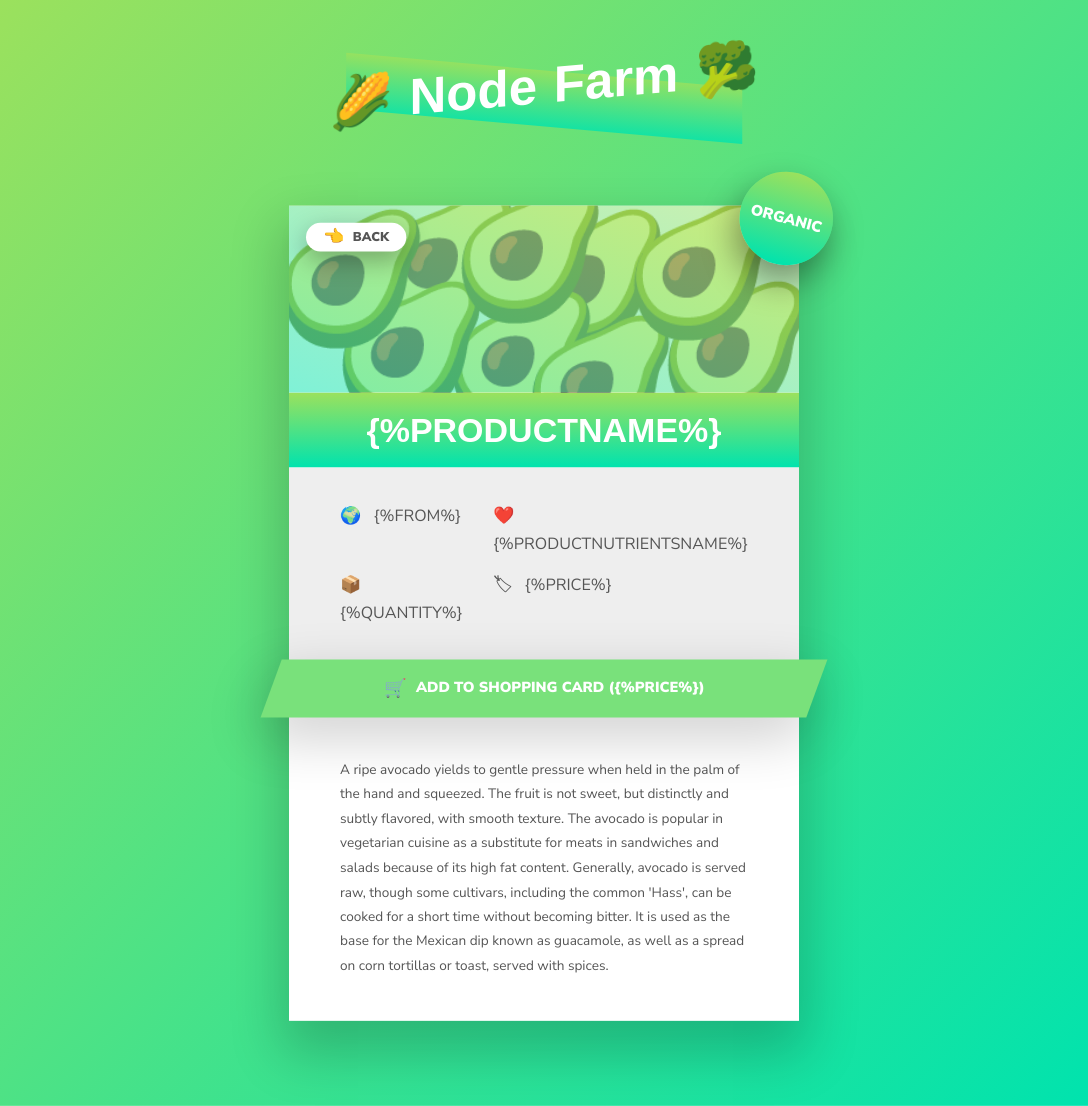
Repository: Tiantian-C/node2
Page: templates/product.html
The author's editor kept a copy of each file at every save. The page is drawn from the files as they stood at one save, then again after a run of saves.
The browser window is 1280 px wide. The pictures show the whole page, at 85% of full size.
Some web fonts or font styles are not loaded; a fallback is used.

Above is the page before, as saved 2023-07-15 15:28:54.

### templates/product.html
<!DOCTYPE html>
<html lang="en">
  <head>
    <meta charset="UTF-8" />
    <meta name="viewport" content="width=device-width, initial-scale=1.0" />
    <meta http-equiv="X-UA-Compatible" content="ie=edge" />
    <link
      href="https://fonts.googleapis.com/css?family=Megrim|Nunito+Sans:400,900"
      rel="stylesheet"
    />
    <link
      rel="icon"
      href="https://emojipedia-us.s3.dualstack.us-west-1.amazonaws.com/thumbs/240/apple/155/ear-of-maize_1f33d.png"
    />

    <title>Fresh Avocados 🥑 /// NODE FARM</title>

    <style>
      *,
      *::before,
      *::after {
        margin: 0;
        padding: 0;
        box-sizing: inherit;
      }

      html {
        font-size: 62.5%;
        box-sizing: border-box;
      }

      body {
        padding: 5rem 5rem 10rem;
        line-height: 1.7;
        font-family: "Nunito Sans", sans-serif;
        color: #555;
        min-height: 100vh;
        background: linear-gradient(to bottom right, #9be15d, #00e3ae);
      }

      h1 {
        font-family: "Megrim", sans-serif;
        font-size: 6rem;
        color: white;
        transform: skewY(-5deg);
        text-align: center;
        position: relative;
        word-spacing: 3px;
      }

      h1::before {
        content: "";
        display: block;
        height: 65%;
        width: 49%;
        position: absolute;
        top: 105%;
        left: 50%;
        background: linear-gradient(to bottom, #9be15d, #00e3ae);
        opacity: 0.8;
        z-index: -1;
        transform: skewY(370deg) translate(-50%, -50%);
      }

      .container {
        width: 95rem;
        margin: 0 auto;
      }

      .product {
        width: 60rem;
        margin: 0 auto;
        margin-top: 9rem;
        background: white;
        box-shadow: 0 3rem 6rem 1rem rgba(0, 0, 0, 0.2);
        position: relative;
      }

      .product__hero {
        position: relative;
        height: 22rem;
        overflow: hidden;
      }

      .product__hero::before {
        content: "";
        display: block;
        height: 100%;
        width: 100%;
        position: absolute;
        top: 0;
        left: 0;
        background-image: linear-gradient(to left bottom, #9be15d, #00e3ae);
        opacity: 0.5;
        z-index: 100;
      }

      .product__emoji {
        font-size: 15rem;
        position: absolute;
      }

      .product__emoji--1 {
        top: -4rem;
        left: -2rem;
        z-index: 10;
      }

      .product__emoji--2 {
        top: -6rem;
        left: 9rem;
      }

      .product__emoji--3 {
        top: -4rem;
        right: 15rem;
      }

      .product__emoji--4 {
        top: -5rem;
        right: 2rem;
        z-index: 10;
      }

      .product__emoji--5 {
        bottom: -9rem;
        left: 18rem;
      }

      .product__emoji--6 {
        bottom: -8rem;
        left: 5rem;
      }

      .product__emoji--7 {
        bottom: -12rem;
        right: 14rem;
      }

      .product__emoji--8 {
        bottom: -8rem;
        right: -2rem;
      }

      .product__emoji--9 {
        top: -7rem;
        left: 19rem;
      }

      .product__organic {
        position: absolute;
        top: -4rem;
        right: -4rem;
        z-index: 1000;
        height: 11rem;
        width: 11rem;
        background-image: linear-gradient(to bottom, #9be15d, #00e3ae);
        border-radius: 50%;
        transform: rotate(15deg);
        box-shadow: 0 2rem 4rem rgba(0, 0, 0, 0.4);
        display: flex;
        align-items: center;
        justify-content: center;
      }

      .product__organic h5 {
        font-weight: 900;
        text-transform: uppercase;
        font-size: 1.8rem;
        color: white;
      }

      .product__back:link,
      .product__back:visited {
        position: absolute;
        top: 2rem;
        left: 2rem;
        font-size: 1.5rem;
        font-weight: 700;
        text-transform: uppercase;
        text-decoration: none;
        z-index: 1000;
        color: #555;
        background-color: white;
        box-shadow: 0 1rem 3rem rgba(0, 0, 0, 0.3);
        border-radius: 100rem;
        padding: 0 2rem;
        transition: all 0.3s;
        display: flex;
        align-items: center;
      }

      .product__back:hover,
      .product__back:active {
        background-color: #79e17b;
      }

      .product__name {
        background: linear-gradient(to bottom, #9be15d, #00e3ae);
        padding: 1rem;
        font-family: "Megrim", sans-serif;
        font-size: 4rem;
        color: white;
        text-align: center;
        word-spacing: 2px;
      }

      .product__details {
        background-color: #eee;
        padding: 4rem 6rem;
        font-size: 1.9rem;
        display: grid;
        grid-template-columns: 1fr 1fr;
        grid-gap: 1.5rem;
      }

      .product__description {
        padding: 5rem 6rem;
        font-size: 1.6rem;
        line-height: 1.8;
      }

      .product__link:link,
      .product__link:visited {
        display: block;
        background-color: #79e17b;
        color: white;
        font-size: 1.6rem;
        font-weight: 700;
        text-transform: uppercase;
        text-decoration: none;
        padding: 1.5rem;
        text-align: center;
        transform: scale(1.07) skewX(-20deg);
        box-shadow: 0 2rem 6rem rgba(0, 0, 0, 0.2);
        display: flex;
        align-items: center;
        justify-content: center;
        transition: all 0.3s;
      }

      .product__link:hover,
      .product__link:active {
        background-color: #9be15d;
        transform: scale(1.1) skewX(-20deg);
      }

      .product__link span {
        transform: skewX(20deg);
      }

      .emoji-left {
        font-size: 2rem;
        margin-right: 1rem;
      }

      .emoji-right {
        font-size: 2rem;
        margin-left: 1rem;
      }

      .not-organic {
        display: none;
      }
    </style>
  </head>

  <body>
    <div class="container">
      <h1>🌽 Node Farm 🥦</h1>

      <figure class="product">
        <div class="product__organic"><h5>Organic</h5></div>
        <a href="#" class="product__back">
          <span class="emoji-left">👈</span>Back
        </a>
        <div class="product__hero">
          <span class="product__emoji product__emoji--1">🥑</span>
          <span class="product__emoji product__emoji--2">🥑</span>
          <span class="product__emoji product__emoji--3">🥑</span>
          <span class="product__emoji product__emoji--4">🥑</span>
          <span class="product__emoji product__emoji--5">🥑</span>
          <span class="product__emoji product__emoji--6">🥑</span>
          <span class="product__emoji product__emoji--7">🥑</span>
          <span class="product__emoji product__emoji--8">🥑</span>
          <span class="product__emoji product__emoji--9">🥑</span>
        </div>
        <h2 class="product__name">{%PRODUCTNAME%}</h2>
        <div class="product__details">
          <p><span class="emoji-left">🌍</span> {%FROM%}</p>
          <p><span class="emoji-left">❤️</span> {%PRODUCTNUTRIENTSNAME%}</p>
          <p><span class="emoji-left">📦</span> {%QUANTITY%}</p>
          <p><span class="emoji-left">🏷</span> {%PRICE%}</p>
        </div>

        <a href="#" class="product__link">
          <span class="emoji-left">🛒</span>
        <span>Add to shopping card ({%PRICE%})</span>
        </a>

        <p class="product__description">
          A ripe avocado yields to gentle pressure when held in the palm of the
          hand and squeezed. The fruit is not sweet, but distinctly and subtly
          flavored, with smooth texture. The avocado is popular in vegetarian
          cuisine as a substitute for meats in sandwiches and salads because of
          its high fat content. Generally, avocado is served raw, though some
          cultivars, including the common 'Hass', can be cooked for a short time
          without becoming bitter. It is used as the base for the Mexican dip
          known as guacamole, as well as a spread on corn tortillas or toast,
          served with spices.
        </p>
      </figure>
    </div>
  </body>
</html>

After the next 4 saves:
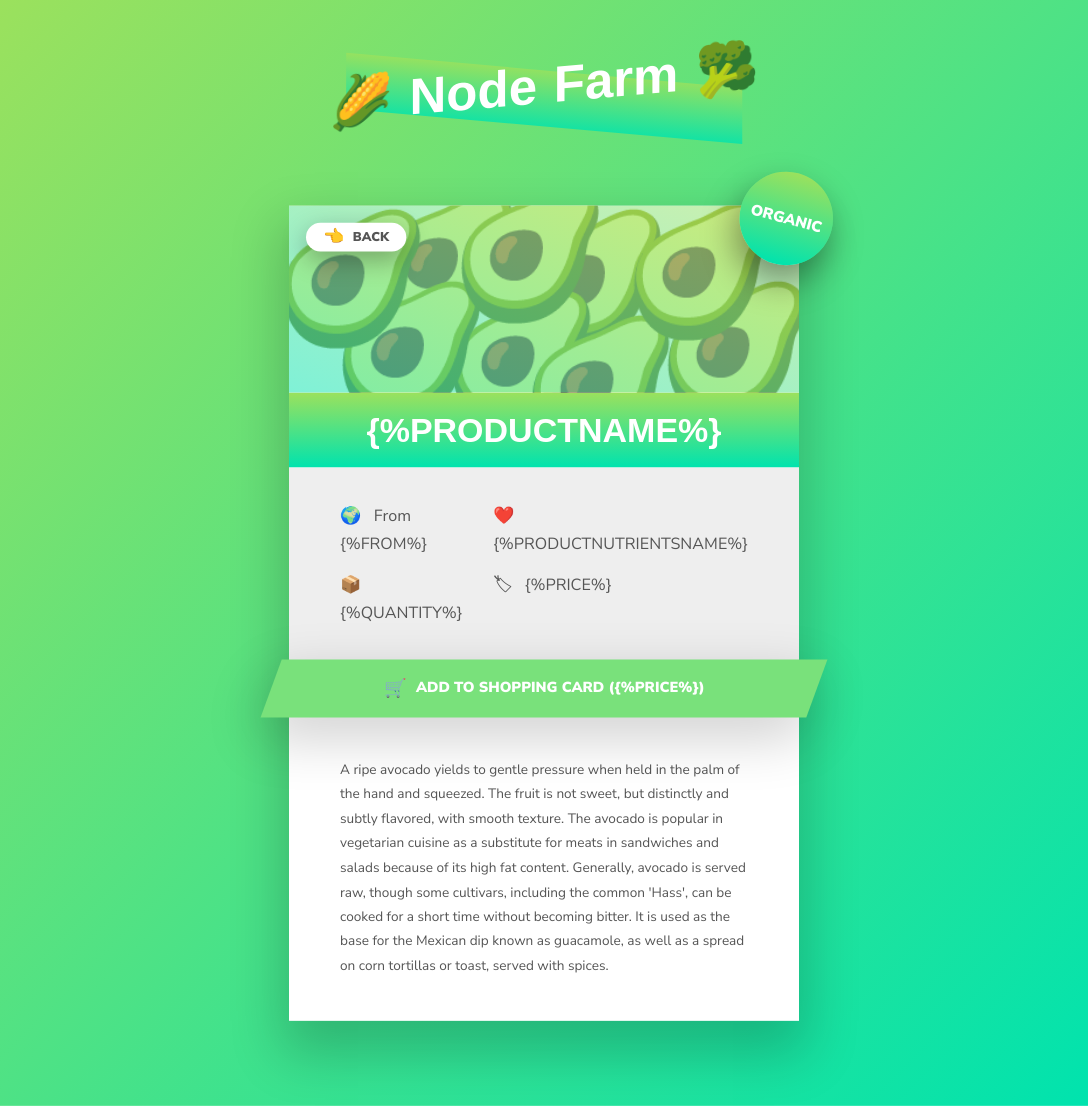
The 4 saves are shown as one change because they came seconds apart.
The last was saved 13 s later.
--- a/templates/product.html
+++ b/templates/product.html
@@ -287,7 +287,7 @@
         </div>
         <h2 class="product__name">{%PRODUCTNAME%}</h2>
         <div class="product__details">
-          <p><span class="emoji-left">🌍</span> {%FROM%}</p>
+          <p><span class="emoji-left">🌍</span> From {%FROM%}</p>
           <p><span class="emoji-left">❤️</span> {%PRODUCTNUTRIENTSNAME%}</p>
           <p><span class="emoji-left">📦</span> {%QUANTITY%}</p>
           <p><span class="emoji-left">🏷</span> {%PRICE%}</p>
